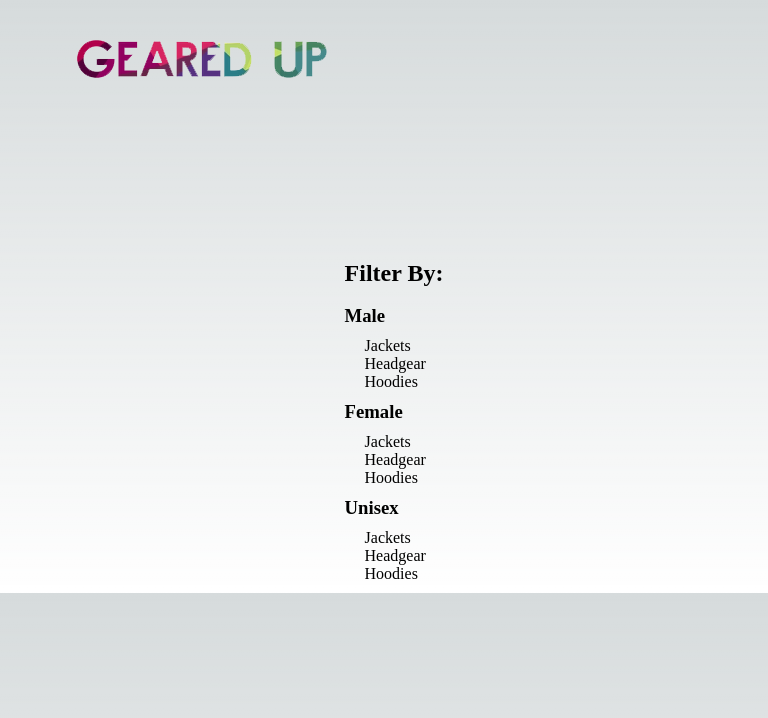
Repository: anoncoderin/madhu-dcd-gearup-assignment2
Page: /
The author's editor kept a copy of each file at every save. The page is drawn from the files as they stood at one save, then again after the next save.
The browser window is 768 px wide. The pictures show the whole page.
The project was rebuilt for these pictures with package versions that can differ from the ones it lists, and the page was loaded fresh each time. The framework's server and built-in components were replaced by stand-ins that run in the browser. Also part of the build but not shown: next.config.js.

Above is the page before, as saved 2023-03-05 18:36:17.

### pages/index.js
import Head from 'next/head'
import Image from 'next/image'
import styles from '@/styles/Home.module.css'
import { useState } from 'react'
import data from '@/components/Inventory/inventory'




export default function Home() {

  const [cloth, setCloth] = useState(data.clothing);
  const [selection, setSelection] = useState([]);

  return (
    <>
      <Head>
        <title>Geared Up Online Store BCITSA</title>
        <meta name="description" content="Generated by create next app" />
        <meta name="viewport" content="width=device-width, initial-scale=1" />
        <link rel="icon" href="/favicon/favicon.ico" />
      </Head>
      <main>
        <div className={styles.logo}><img src={'logo/logo/logo.png'} /></div>
        <div className={styles.container}>
          <div className={styles.filters}>
            <br></br>
            <h2>Filter By:</h2>
            <br></br>
            <h3 onClick={() => setSelection(['Male', ''])}>Male</h3>
            <div className={styles.list}>
              <li onClick={() => setSelection(['Male', 'Jackets'])}>Jackets</li>
              <li onClick={() => setSelection(['Male', 'Headgear'])}>Headgear</li>
              <li onClick={() => setSelection(['Male', 'Hoodies'])}>Hoodies</li>
            </div>
            <h3 onClick={() => setSelection(['Female', ''])}>Female</h3>
            <div className={styles.list}>
              <li onClick={() => setSelection(['Female', 'Jackets'])}>Jackets</li>
              <li onClick={() => setSelection(['Female', 'Headgear'])}>Headgear</li>
              <li onClick={() => setSelection(['Female', 'Hoodies'])}>Hoodies</li>
            </div>
            <h3 onClick={() => setSelection(['Unisex', ''])}>Unisex</h3>
            <div className={styles.list}>
              <li onClick={() => setSelection(['Unisex', 'Jackets'])}>Jackets</li>
              <li onClick={() => setSelection(['Unisex', 'Headgear'])}>Headgear</li>
              <li onClick={() => setSelection(['Unisex', 'Hoodies'])}>Hoodies</li>
            </div>
          </div>
          <div className={styles.itemlist}>

            {
              cloth && cloth.map((c, index) => {

                if (selection[0] == c.sex && ((selection[1] == c.category) || (selection[1] == '')))
                 {
                  return (
                    <div key={index}>
                      <Image src={c.image} width={200} height={200} />
                      <p>{c.title}</p>
                      <p>{c.cost}</p>

                      <div className={styles.colorlist}>
                        {
                          c.colours && c.colours.map((col, index) => {
                            return (
                              <div className={styles.dot} style={{ backgroundColor: col }} />
                            )

                          })
                        }
                      </div>

                    </div>)

                }


              })
            }

          </div>
        </div>

      </main>
    </>
  )
}

### styles/globals.css
:root {
  --max-width: 1100px;
  --border-radius: 12px;
  --font-mono: ui-monospace, Menlo, Monaco, 'Cascadia Mono', 'Segoe UI Mono',
    'Roboto Mono', 'Oxygen Mono', 'Ubuntu Monospace', 'Source Code Pro',
    'Fira Mono', 'Droid Sans Mono', 'Courier New', monospace;

  --foreground-rgb: 0, 0, 0;
  --background-start-rgb: 214, 219, 220;
  --background-end-rgb: 255, 255, 255;

  --primary-glow: conic-gradient(
    from 180deg at 50% 50%,
    #16abff33 0deg,
    #0885ff33 55deg,
    #54d6ff33 120deg,
    #0071ff33 160deg,
    transparent 360deg
  );
  --secondary-glow: radial-gradient(
    rgba(255, 255, 255, 1),
    rgba(255, 255, 255, 0)
  );

  --tile-start-rgb: 239, 245, 249;
  --tile-end-rgb: 228, 232, 233;
  --tile-border: conic-gradient(
    #00000080,
    #00000040,
    #00000030,
    #00000020,
    #00000010,
    #00000010,
    #00000080
  );

  --callout-rgb: 238, 240, 241;
  --callout-border-rgb: 172, 175, 176;
  --card-rgb: 180, 185, 188;
  --card-border-rgb: 131, 134, 135;
}

button{
  width: 50px;

}
.li:hover{
background-color: rgb(203, 199, 199);
}

@media (prefers-color-scheme: dark) {
  :root {
    --foreground-rgb: 255, 255, 255;
    --background-start-rgb: 0, 0, 0;
    --background-end-rgb: 0, 0, 0;

    --primary-glow: radial-gradient(rgba(1, 65, 255, 0.4), rgba(1, 65, 255, 0));
    --secondary-glow: linear-gradient(
      to bottom right,
      rgba(1, 65, 255, 0),
      rgba(1, 65, 255, 0),
      rgba(1, 65, 255, 0.3)
    );

    --tile-start-rgb: 2, 13, 46;
    --tile-end-rgb: 2, 5, 19;
    --tile-border: conic-gradient(
      #ffffff80,
      #ffffff40,
      #ffffff30,
      #ffffff20,
      #ffffff10,
      #ffffff10,
      #ffffff80
    );

    --callout-rgb: 20, 20, 20;
    --callout-border-rgb: 108, 108, 108;
    --card-rgb: 100, 100, 100;
    --card-border-rgb: 200, 200, 200;
  }
}

* {
  box-sizing: border-box;
  padding: 0;
  margin: 0;
}

html,
body {
  max-width: 100vw;
  overflow-x: hidden;
}

body {
  color: rgb(var(--foreground-rgb));
  background: linear-gradient(
      to bottom,
      transparent,
      rgb(var(--background-end-rgb))
    )
    rgb(var(--background-start-rgb));
}

a {
  color: inherit;
  text-decoration: none;
}

@media (prefers-color-scheme: dark) {
  html {
    color-scheme: dark;
  }
}

### styles/Home.module.css
.filters{
  display: flex;
  flex-direction: column;
  align-items: left;
  margin-left: 20px;

}

.dot {
  height: 25px;
  width: 25px;

  border-radius: 50%;

}
.container{
  display: flex;
  flex-direction: row;
  justify-content: space-evenly;
}

.colorlist{
  display: flex;
  flex-direction: row;
  gap: 2px;
}
.itemlist{
  display: flex;
  flex-direction: row;
}
.list{
  margin-left: 10px;
  list-style: none;
 padding : 10px;
}
.logo{
  margin-left: 10vw;
  margin-top: 5vh;
}

/* Mobile */
@media screen and (max-width: 600px) {

  .itemlist{
    display: flex;
    flex-direction: column;


}
.container{
  display: flex;
  flex-direction: column;
  align-items: center;
}

}

/*Tablet*/
@media screen and (min-width:600px) and (max-width:1000px){
  .container{
    display: flex;
    flex-direction: row;
    justify-content: center;
    padding: inherit;
    margin-top: 20vh;
  }
}

### components/Inventory/inventory.js



const inventory ={company:"BCITSA Geared Up",
clothing:[
    {
        category:"Hoodies",
        sex:"Female",
        title:"Russell Athletic Hood",
        colours:["black", "charcoal", "green", "grey", "maroon", "navy"],
        hex:["#000", "#3E464B", "#24564A", "#B4B8B9", "#5F3A42", "#313F4F"],
        image:"/products/products/hoodies/russell_athletic_hood_black.png",
        cost:69.99
    },
    {
        category:"Hoodies",
        sex:"Male",
        title:"Aerospace",
        colours:["black", "navy"],
        hex:["#000", "#313F4F"],
        image:"/products/products/hoodies/hood_aerospace_black.png",
        cost:59.99
    },
    {
        category:"Hoodies",
        sex:"Female",
        title:"Classic Avalon Fleece Hoodie",
        colours:["black", "navy"],
        hex:["#000", "#313F4F"],
        image:"/products/products/hoodies/classic_avalon_fleece_hoodie_black.png",
        cost:57.99
    },
    {
        category:"Hoodies",
        sex:"Unisex",
        title:"Champion Full-Zup Hoodie",
        colours:["black", "grey","maroon","navy","green"],
        hex:["#000","#B4B8B9", "#5F3A42", "#313F4F"],
        image:"/products/products/hoodies/champion_full_zip_hoodie_black.png",
        cost:79.99
    },
    {
        category:"Hoodies",
        sex:"Male",
        title:"Forestry",
        colours:["green"],
        hex:["#24564A"],
        image:"/products/products/hoodies/hoodie_forestry_green.png",
        cost:59.99
    },
    {
        category:"Jackets",
        sex:"Male",
        title:"Waterproof Jacket",
        colours:["black", "graphite", "navy"],
        hex:["#000", "#69686D", "#313F4F"],
        image:"/products/products/jackets/waterproof_jacket_black.png",
        cost:79.99
    },
    {
        category:"Jackets",
        sex:"Female",
        title:"Soft Shell Hooded Jacket",
        colours:["black", "navy"],
        hex:["#000", "#313F4F"],
        image:"/products/products/jackets/soft_shell_hooded_jacket_black.png",
        cost:82.99
    },
    {
        category:"Headgear",
        sex:"Unisex",
        title:"Legacy Adjustable Hat",
        colours:["stone", "burgundy", "slate blue", "grey", "navy"],
        hex:["#25242D", "#DBDCD7", "#7F2430", "#595B76", "#685E66"],
        image:"/products/products/headgear/legacy_adjustable_hat_navy.png",
        cost:29.99
    },
    {
        category:"Headgear",
        sex:"Unisex",
        title:"Legacy Hat Trucker",
        colours:["cardinal", "orange", "green", "gold"],
        hex:["#5C5A4D", "#CA5927", "#43483B", "#F9BE14"],
        image:"/products/products/headgear/legacy_adjustable_hat_navy.png",
        cost:36.99
    },
    {
        category:"Headgear",
        sex:"Unisex",
        title:"Legacy Toque",
        colours:["black"],
        hex: ["#000"],
        image:"/products/products/headgear/legacy_toque_black.png",
        cost:3.499
    }
]


}
export default inventory;

Loaded but not shown: pages/_app.js (common file); pages/_document.js (common file)

After the next save:
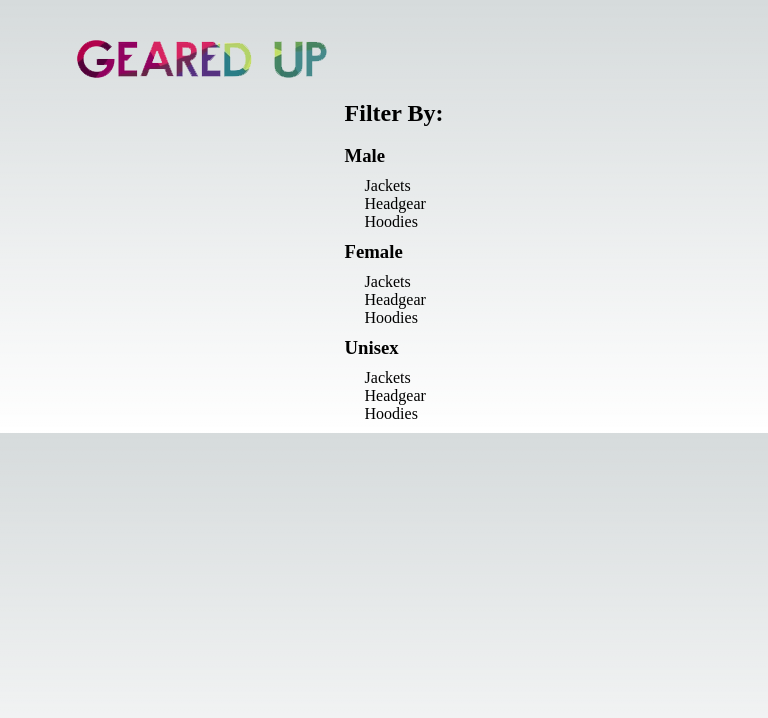
Saved 11 s later.
--- a/styles/Home.module.css
+++ b/styles/Home.module.css
@@ -61,7 +61,6 @@
     display: flex;
     flex-direction: row;
     justify-content: center;
-    padding: inherit;
-    margin-top: 20vh;
+
   }
 }
